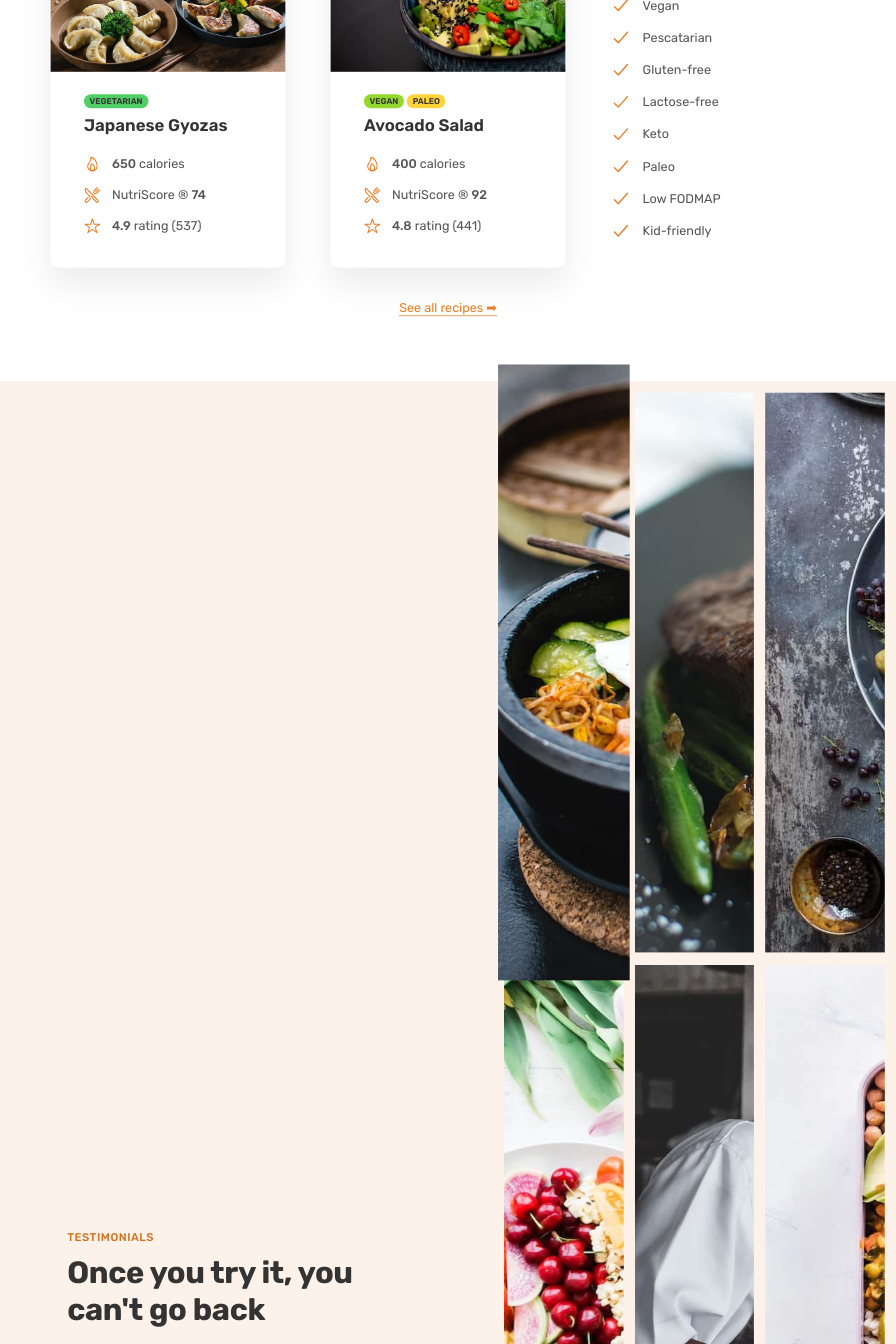
Repository: TranPhucThinh/Omnifood
Page: index.html
The author's editor kept a copy of each file at every save. The page is drawn from the files as they stood at one save, then again after the next save.
The browser window is 1280 px wide. The pictures show the part of the page from y = 3051 to 4971 px (the page is 6884 px tall), at 70% of full size.
The pointer rests on the first visible `.gallery-item`.

Above is the page before, as saved 2022-08-06 22:04:57.

### index.html
<!DOCTYPE html>
<html lang="en">

<head>
    <meta charset="UTF-8">
    <meta http-equiv="X-UA-Compatible" content="IE=edge">
    <meta name="viewport" content="width=device-width, initial-scale=1.0">

    <link rel="preconnect" href="https://fonts.googleapis.com">
    <link rel="preconnect" href="https://fonts.gstatic.com" crossorigin>
    <link href="https://fonts.googleapis.com/css2?family=Rubik:wght@300;400;500;600;700;800;900&display=swap"
        rel="stylesheet">

    <link rel="stylesheet" href="./assets/styles/general.css">
    <link rel="stylesheet" href="./assets/styles/style.css">

    <title>Omnifood</title>
</head>

<body>
    <!-- SECTION HEADER -->
    <div class="header">
        <a href="#">
            <img src="./assets/imgs/omnifood-logo.png" alt="Omnifood logo" class="header-logo">
        </a>
        <nav class="main-nav">
            <ul class="main-nav-list">
                <li>
                    <a href="#" class="main-nav-link">How it works</a>
                </li>
                <li>
                    <a href="#" class="main-nav-link">Meals</a>
                </li>
                <li>
                    <a href="#" class="main-nav-link">Testimonials</a>
                </li>
                <li>
                    <a href="#" class="main-nav-link">Pricing</a>
                </li>
                <li>
                    <a href="#" class="main-nav-link nav-btn">Try for free</a>
                </li>
            </ul>
        </nav>
    </div>
    <!-- End of SECTION HEADER -->

    <!-- SECTION HERO -->
    <section class="section-hero">
        <div class="hero">
            <div class="hero-text-box">
                <h1 class="heading-primary">A healthy meal delivered to your door, every single day</h1>
                <p class="hero-desc margin-bottom-md">The smart 365-days-per-year food subscription that will make you
                    eat healthy again.
                    Tailored to your personal tastes and nutritional needs.</p>
                <a href="#" class="btn btn--full margin-right-sm">Start eating well</a>
                <a href="#" class="btn btn--outline">Learn more ⬇</a>
                <div class="delivered-meals">
                    <div class="delivered-imgs">
                        <img src="./assets/imgs/customers/customer-1.jpg" alt="customer 1">
                        <img src="./assets/imgs/customers/customer-2.jpg" alt="customer 2">
                        <img src="./assets/imgs/customers/customer-3.jpg" alt="customer 3">
                        <img src="./assets/imgs/customers/customer-4.jpg" alt="customer 4">
                        <img src="./assets/imgs/customers/customer-5.jpg" alt="customer 5">
                        <img src="./assets/imgs/customers/customer-6.jpg" alt="customer 6">
                    </div>
                    <p class="delivered-text">
                        <span>250,000+</span> meals delivered last year!
                    </p>
                </div>
            </div>
            <div class="hero-img-box">
                <img src="./assets/imgs/hero.png"
                    alt="woman enjoy food, meals in storage container, and food bowls on a table" class="hero-img">
            </div>
        </div>
    </section>
    <!-- End of SECTION HERO -->

    <!-- SECTION FEATURED -->
    <section class="section-featured">
        <div class="container">
            <h2 class="heading-feature-in">As featured in</h2>
            <div class="logos">
                <img src="./assets/imgs/logos/techcrunch.png" alt="Techcrunch logo">
                <img src="./assets/imgs/logos/business-insider.png" alt="business insider logo">
                <img src="./assets/imgs/logos/the-new-york-times.png" alt="The new york time logo">
                <img src="./assets/imgs/logos/forbes.png" alt="Forbes logo">
                <img src="./assets/imgs/logos/usa-today.png" alt="Usa today logo">
            </div>
        </div>
    </section>
    <!-- End of SECTION FEATURED -->

    <!-- SECTION HOW IT WORKS -->
    <section class="section-how">
        <div class="container">
            <p class="subheading">HOW IT WORKS</p>
            <h2 class="heading-secondary">Your daily dose of health in 3 simple steps</h2>
        </div>
        <div class="container grid grid--2-cols grid--center-vertical">
            <!-- STEP 1 -->
            <div class="step-text-box">
                <div class="step-number">01</div>
                <h3 class="heading-tertiary">Tell us what you like (and what not)</h3>
                <p class="step-desc">Never again waste time thinking about what to eat! Omnifood AI will create a 100%
                    personalized weekly meal plan just for you. It makes sure you get all the nutrients and vitamins you
                    need, no matter what diet you follow!</p>
            </div>
            <div class="step-img-box">
                <img src="./assets/imgs/app/app-screen-1.png" alt="iPhone app preferences selection screen"
                    class="step-img">
            </div>

            <!-- STEP 2 -->
            <div class="step-img-box">
                <img src="./assets/imgs/app/app-screen-2.png" alt="iPhone app
                meal approving plan screen" class="step-img">
            </div>
            <div class="step-text-box">
                <div class="step-number">02</div>
                <h3 class="heading-tertiary">Approve your weekly meal plan</h3>
                <p class="step-desc">Once per week, approve the meal plan generated for you by Omnifood AI. You can
                    change ingredients, swap entire meals, or even add your own recipes.</p>
            </div>

            <!-- STEP 3 -->
            <div class="step-text-box">
                <div class="step-number">03</div>
                <h3 class="heading-tertiary">Receive meals at convenient time</h3>
                <p class="step-desc">Best chefs in town will cook your selected meal every day, and we will deliver it
                    to your door whenever works best for you. You can change delivery schedule and address daily!</p>
            </div>
            <div class="step-img-box">
                <img src="./assets/imgs/app/app-screen-3.png" alt="iPhone app
                delivery screen" class="step-img">
            </div>
        </div>
    </section>
    <!-- End of SECTION HOW IT WORKS -->

    <!-- SECTION MEALS -->
    <section class="section-meals">
        <div class="container center-text">
            <p class="subheading">Meals</p>
            <h2 class="heading-secondary">Omnifood AI chooses from 5,000+ recipes</h2>
        </div>
        <div class="container grid grid--3-cols margin-bottom-md">
            <div class="meal">
                <img src="./assets/imgs/meals/meal-1.jpg" alt="Japanese Gyozas" class="meal-img">
                <div class="meal-content">
                    <div class="meal-tag">
                        <p class="tag tag--vegetarian">vegetarian</p>
                    </div>
                    <p class="meal-title">Japanese Gyozas</p>
                    <ul class="meal-attributes">
                        <li class="meal-attribute">
                            <ion-icon class="meal-icon" name="flame-outline"></ion-icon>
                            <span><strong>650</strong> calories</span>
                        </li>
                        <li class="meal-attribute">
                            <ion-icon class="meal-icon" name="restaurant-outline"></ion-icon>
                            <span>NutriScore ® <strong>74</strong></span>
                        </li>
                        <li class="meal-attribute">
                            <ion-icon class="meal-icon" name="star-outline"></ion-icon>
                            <span><strong>4.9</strong> rating (537)</span>
                        </li>
                    </ul>
                </div>
            </div>
            <div class="meal">
                <img src="./assets/imgs/meals/meal-2.jpg" alt="Avocado Salad" class="meal-img">
                <div class="meal-content">
                    <div class="meal-tag">
                        <p class="tag tag--vegan">vegan</p>
                        <p class="tag tag---paleo">paleo</p>
                    </div>
                    <p class="meal-title">Avocado Salad</p>
                    <ul class="meal-attributes">
                        <li class="meal-attribute">
                            <ion-icon class="meal-icon" name="flame-outline"></ion-icon>
                            <span><strong>400</strong> calories</span>
                        </li>
                        <li class="meal-attribute">
                            <ion-icon class="meal-icon" name="restaurant-outline"></ion-icon>
                            <span>NutriScore ® <strong>92</strong></span>
                        </li>
                        <li class="meal-attribute">
                            <ion-icon class="meal-icon" name="star-outline"></ion-icon>
                            <span><strong>4.8</strong> rating (441)</span>
                        </li>
                    </ul>
                </div>
            </div>
            <div class="diet">
                <h3 class="heading-tertiary">Works with any diet:</h3>
                <ul class="list">
                    <li class="list-item">
                        <ion-icon class="list-icon" name="checkmark-outline"></ion-icon>
                        <span>Vegetarian</span>
                    </li>
                    <li class="list-item">
                        <ion-icon class="list-icon" name="checkmark-outline"></ion-icon>
                        <span>Vegan</span>
                    </li>
                    <li class="list-item">
                        <ion-icon class="list-icon" name="checkmark-outline"></ion-icon>
                        <span>Pescatarian</span>
                    </li>
                    <li class="list-item">
                        <ion-icon class="list-icon" name="checkmark-outline"></ion-icon>
                        <span>Gluten-free</span>
                    </li>
                    <li class="list-item">
                        <ion-icon class="list-icon" name="checkmark-outline"></ion-icon>
                        <span>Lactose-free</span>
                    </li>
                    <li class="list-item">
                        <ion-icon class="list-icon" name="checkmark-outline"></ion-icon>
                        <span>Keto</span>
                    </li>
                    <li class="list-item">
                        <ion-icon class="list-icon" name="checkmark-outline"></ion-icon>
                        <span>Paleo</span>
                    </li>
                    <li class="list-item">
                        <ion-icon class="list-icon" name="checkmark-outline"></ion-icon>
                        <span>Low FODMAP</span>
                    </li>
                    <li class="list-item">
                        <ion-icon class="list-icon" name="checkmark-outline"></ion-icon>
                        <span>Kid-friendly</span>
                    </li>
                </ul>
            </div>
        </div>
        <div class="container all-recipes center-text">
            <a href="#" class="link">See all recipes ➡</a>
        </div>
    </section>
    <!-- End of SECTION MEALS -->

    <!-- SECTION TESTIMONIALS -->
    <div class="section-testimonials">
        <div class="testimonials-container">
            <div class="subheading">testimonials</div>
            <div class="heading-secondary">Once you try it, you can't go back</div>
            <div class="testimonials">
                <div class="testimonial">
                    <img src="./assets/imgs/customers/dave.jpg" alt="Photo of customer Dave Bryson"
                        class="testimonial-img">
                    <blockquote class="testimonial-text">Inexpensive, healthy and great-tasting meals, without even
                        having to order manually! It feels truly magical.</blockquote>
                    <p class="testimonial-name">— Dave Bryson</p>
                </div>
                <div class="testimonial">
                    <img src="./assets/imgs/customers/ben.jpg" alt="Photo of customer Ben Hadley"
                        class="testimonial-img">
                    <blockquote class="testimonial-text">The AI algorithm is crazy good, it chooses the right meals for
                        me every time. It's amazing not to worry about food anymore!</blockquote>
                    <p class="testimonial-name">— Ben Hadley</p>
                </div>
                <div class="testimonial">
                    <img src="./assets/imgs/customers/steve.jpg" alt="Photo of customer Steve Miller"
                        class="testimonial-img">
                    <blockquote class="testimonial-text">Omnifood is a life saver! I just started a company, so there's
                        no time for cooking. I couldn't live without my daily meals now!</blockquote>
                    <p class="testimonial-name">— Steve Miller</p>
                </div>
                <div class="testimonial">
                    <img src="./assets/imgs/customers/hannah.jpg" alt="Photo of customer Hannah Smith"
                        class="testimonial-img">
                    <blockquote class="testimonial-text">I got Omnifood for the whole family, and it frees up so much
                        time! Plus, everything is organic and vegan and without plastic.</blockquote>
                    <p class="testimonial-name">— Hannah Smith</p>
                </div>
            </div>
        </div>
        <div class="gallery">
            <div class="gallery-item">
                <img src="./assets/imgs/gallery/gallery-1.jpg" alt="Photo of beautifully arranged food">
            </div>
            <div class="gallery-item">
                <img src="./assets/imgs/gallery/gallery-2.jpg" alt="Photo of beautifully arranged food">
            </div>
            <div class="gallery-item">
                <img src="./assets/imgs/gallery/gallery-3.jpg" alt="Photo of beautifully arranged food">
            </div>
            <div class="gallery-item">
                <img src="./assets/imgs/gallery/gallery-4.jpg" alt="Photo of beautifully arranged food">
            </div>
            <div class="gallery-item">
                <img src="./assets/imgs/gallery/gallery-5.jpg" alt="Photo of beautifully arranged food">
            </div>
            <div class="gallery-item">
                <img src="./assets/imgs/gallery/gallery-6.jpg" alt="Photo of beautifully arranged food">
            </div>
            <div class="gallery-item">
                <img src="./assets/imgs/gallery/gallery-7.jpg" alt="Photo of beautifully arranged food">
            </div>
            <div class="gallery-item">
                <img src="./assets/imgs/gallery/gallery-8.jpg" alt="Photo of beautifully arranged food">
            </div>
            <div class="gallery-item">
                <img src="./assets/imgs/gallery/gallery-9.jpg" alt="Photo of beautifully arranged food">
            </div>
            <div class="gallery-item">
                <img src="./assets/imgs/gallery/gallery-10.jpg" alt="Photo of beautifully arranged food">
            </div>
            <div class="gallery-item">
                <img src="./assets/imgs/gallery/gallery-11.jpg" alt="Photo of beautifully arranged food">
            </div>
            <div class="gallery-item">
                <img src="./assets/imgs/gallery/gallery-12.jpg" alt="Photo of beautifully arranged food">
            </div>
        </div>
    </div>
    <!-- End of SECTION TESTIMONIALS -->

    <script type="module" src="https://unpkg.com/ionicons@5.5.2/dist/ionicons/ionicons.esm.js"></script>
    <script nomodule src="https://unpkg.com/ionicons@5.5.2/dist/ionicons/ionicons.js"></script>
</body>

</html>

### assets/styles/general.css
* {
  margin: 0;
  padding: 0;
  box-sizing: border-box;
}

html {
  font-size: 62.5%;
}

body {
  font-family: 'Rubik', sans-serif;
  line-height: 1;
  font-weight: 400;
  color: #555;
}

/* GENERAL REUSABLE COMPONENTS */
.container {
  max-width: 120rem;
  padding: 0 3.2rem;
  margin: 0 auto;
}

.grid {
  display: grid;
  row-gap: 9.6rem;
  column-gap: 6.4rem;
}

.grid--2-cols {
  grid-template-columns: repeat(2, 1fr);
}

.grid--3-cols {
  grid-template-columns: repeat(3, 1fr);
}

.grid--4-cols {
  grid-template-columns: repeat(4, 1fr);
}

.grid--center-vertical {
  align-items: center;
}

.heading-primary,
.heading-secondary,
.heading-tertiary {
  letter-spacing: -0.5px;
  color: #333;
  font-weight: 700;
}

.heading-primary {
  line-height: 1.05;
  font-size: 5.2rem;
  margin-bottom: 3.2rem;
}

.heading-secondary {
  font-size: 4.4rem;
  line-height: 1.2;
  margin-bottom: 9.6rem;
}

.heading-tertiary {
  font-size: 3rem;
  line-height: 1.2;
  margin-bottom: 3.2rem;
}

.subheading {
  font-size: 1.6rem;
  color: #cf711f;
  margin-bottom: 1.6rem;
  font-weight: 500;
  letter-spacing: 0.75px;
  text-transform: uppercase;
}

.hero-text-box .btn:link,
.hero-text-box .btn:visited {
  text-decoration: none;
  font-size: 2rem;
  font-weight: 600;
  display: inline-block;
  border-radius: 8px;
  padding: 1.6rem 3.2rem;
  transition: all 0.3s;
}

.hero-text-box .btn--full:link,
.hero-text-box .btn--full:visited {
  color: #fff;
  background-color: #e67e22;
}

.hero-text-box .btn--full:hover,
.hero-text-box .btn--full:active {
  background-color: #cf711f;
}

.hero-text-box .btn--outline:link,
.hero-text-box .btn--outline:visited {
  color: #555;
  background-color: #fff;
  border: -4px solid #fff;
}

.hero-text-box .btn--outline:hover,
.hero-text-box .btn--outline:active {
  background-color: #fdf2e9;
}

.step-img-box::before,
.step-img-box::after {
  content: '';
  display: block;
  position: absolute;
  top: 50%;
  left: 50%;
  transform: translate(-50%, -50%);
  border-radius: 50%;
}

.center-text {
  text-align: center;
}

.margin-right-sm {
  margin-right: 1.6rem !important;
}

.margin-bottom-md {
  margin-bottom: 4.8rem !important;
}
/* END of GENERAL REUSABLE COMPONENTS */

### assets/styles/style.css
/* Section Header */
.header {
  display: flex;
  justify-content: space-between;
  height: 9.6rem;
  align-items: center;
  padding: 0 4.8rem;
  background-color: #fdf2e9;
}

.header-logo {
  height: 2.2rem;
}

.main-nav-list {
  display: flex;
  list-style-type: none;
  gap: 3.2rem;
}

.main-nav-link:link,
.main-nav-link:visited {
  text-decoration: none;
  font-size: 1.8rem;
  color: #333;
  font-weight: 500;
  transition: all 0.3s;
}

.main-nav-link:hover,
.main-nav-link:active {
  color: #cf711f;
}

.main-nav-link.nav-btn:link,
.main-nav-link.nav-btn:visited {
  padding: 1.2rem 2.4rem;
  border-radius: 9px;
  background-color: #e67e22;
  color: #fff;
}

.main-nav-link.nav-btn:hover,
.main-nav-link.nav-btn:active {
  color: #fff;
  background-color: #cf711f;
}
/* End of Section Header */

/* Section Hero */
.section-hero {
  background-color: #fdf2e9;
  padding: 4.8rem 0 9.6rem;
}

.hero {
  max-width: 130rem;
  margin: 0 auto;
  display: grid;
  grid-template-columns: 1fr 1fr;
  gap: 9.6rem;
  padding: 0 3.2rem;
  align-items: center;
}

.hero-text-box .hero-desc {
  font-size: 2rem;
  color: #555;
  line-height: 1.6;
  /* margin-bottom: 4.8rem; */
}

.hero-img-box .hero-img {
  width: 100%;
}

.delivered-meals {
  margin-top: 8rem;
  display: flex;
  align-items: center;
  gap: 1.6rem;
}

.delivered-imgs {
  display: flex;
}

.delivered-imgs img {
  width: 4.8rem;
  height: 4.8rem;
  border-radius: 50%;
  border: 3px solid #fff;
  margin-right: -1.6rem;
}

.delivered-imgs img:last-child {
  margin-right: 0;
}

.delivered-text {
  font-size: 1.8rem;
  font-weight: 600;
}

.delivered-text span {
  font-weight: 700;
  color: #cf711f;
}
/* End of Section Hero */

/* Section featured */
.section-featured {
  padding: 4.8rem 0 3.2rem;
}
.logos {
  display: flex;
  justify-content: space-around;
}

.heading-feature-in {
  font-size: 1.4rem;
  text-transform: uppercase;
  letter-spacing: 0.75px;
  font-weight: 500;
  color: #888;
  text-align: center;
  margin-bottom: 2.4rem;
}

.section-featured img {
  height: 3.2rem;
  filter: brightness(0%);
  opacity: 0.5;
}
/* End of Section featured */

/* Section how it works */
.section-how {
  padding: 9.6rem 0;
}
.step-number {
  font-size: 8.6rem;
  color: #ddd;
  font-weight: 600;
  margin-bottom: 1.2rem;
}

.step-desc {
  font-size: 1.8rem;
  color: #555;
  line-height: 1.8;
}

.step-img-box {
  text-align: center;
  position: relative;
}

.step-img-box::before {
  width: 60%;
  padding-bottom: 60%;

  background-color: #fdf2e9;
  z-index: -2;
}

.step-img-box::after {
  width: 45%;
  padding-bottom: 45%;
  background-color: #fae5d3;
  z-index: -1;
}

.step-img {
  width: 35%;
}
/* End of Section how it works */

/* Section meals */
.section-meals {
  padding: 9.6rem 0;
}
.meal {
  border-radius: 12px;
  overflow: hidden;
  box-shadow: 0 2.4rem 4.8rem rgb(0 0 0 / 8%);
  transition: all 0.4s;
}

.meal:hover {
  transform: translateY(-1.2rem);
}

.meal-img {
  width: 100%;
  display: block;
}

.meal-content {
  padding: 3.2rem 4.8rem 4.8rem;
}

.meal-tag {
  margin-bottom: 1.2rem;
}

.tag {
  display: inline-block;
  font-size: 1.2rem;
  text-transform: uppercase;
  color: #333;
  font-weight: 600;
  padding: 4px 8px;
  border-radius: 12px;
}

.tag--vegetarian {
  background-color: #51cf66;
}

.tag--vegan {
  background-color: #94d82d;
  margin-right: 2px;
}

.tag---paleo {
  background-color: #ffd43b;
}

.meal-title {
  font-size: 2.4rem;
  color: #333;
  font-weight: 600;
  margin-bottom: 3.2rem;
}

.meal-attributes {
  list-style-type: none;
  display: flex;
  flex-direction: column;
  justify-content: space-between;
  gap: 2rem;
}

.meal-attribute {
  font-size: 1.8rem;
  display: flex;
  gap: 1.6rem;
  align-items: center;
}

.meal-attribute strong {
  font-weight: 500;
}

.meal-attribute .meal-icon {
  width: 2.4rem;
  height: 2.4rem;
  color: #e67e22;
}

.list {
  list-style-type: none;
  display: flex;
  flex-direction: column;
  gap: 1.6rem;
}

.list-item {
  display: flex;
  gap: 1.6rem;
  align-items: center;
  font-size: 1.8rem;
}

.list-icon {
  width: 3rem;
  height: 3rem;
  color: #e67e22;
}

.link:link,
.link:visited {
  font-size: 1.8rem;
  border-bottom: 1px solid #e67e22;
  color: #e67e22;
  text-decoration: none;
  transition: all 0.3s;
}

.link:hover,
.link:active {
  color: #cf711f;
  border-bottom: 1px solid transparent;
}
/* End of Section meals */

/* Section Testimonials */
.section-testimonials {
  display: grid;
  grid-template-columns: 55fr 45fr;
  background-color: #fdf2e9;
  align-items: center;
}

.testimonials-container {
  padding: 9.6rem;
}

.testimonials {
  display: grid;
  grid-template-columns: repeat(2, 1fr);
  row-gap: 4.8rem;
  column-gap: 8rem;
}

.testimonial-img {
  width: 6.4rem;
  height: 6.4rem;
  border-radius: 50%;
  margin-bottom: 1.2rem;
}

.testimonial-text {
  font-size: 1.8rem;
  line-height: 1.8;
  margin-bottom: 1.6rem;
}

.testimonial-name {
  font-size: 1.6rem;
}

.gallery {
  display: grid;
  grid-template-columns: repeat(3, 1fr);
  gap: 1.6rem;
  padding: 1.6rem;
}

.gallery-item {
  width: 100%;
  transition: all 0.4s;
  overflow: hidden;
}

.gallery-item:hover {
  transform: scale(1.1);
}
/* End of Section Testimonials */

After the next save:
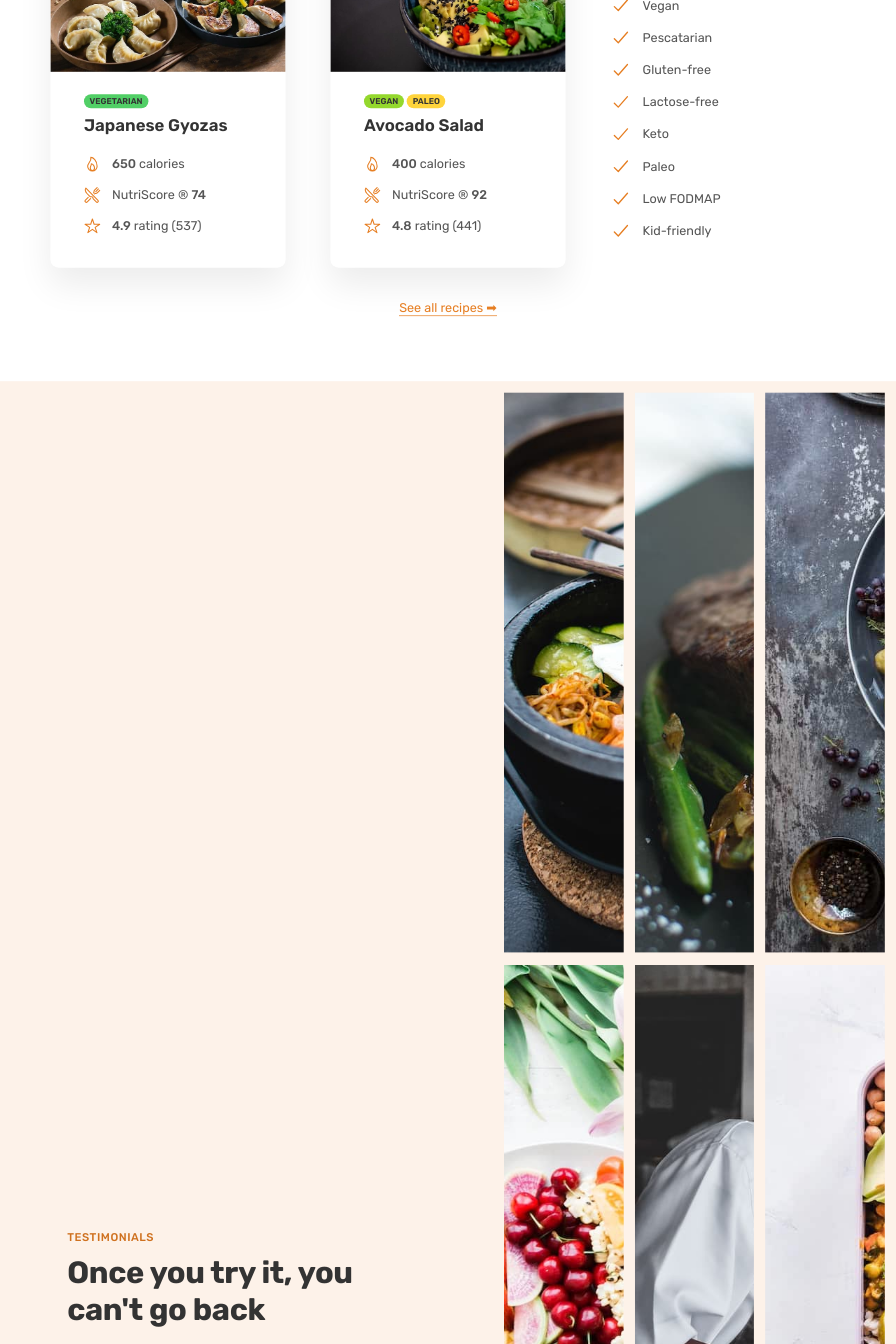
Saved 12 s later.
--- a/assets/styles/style.css
+++ b/assets/styles/style.css
@@ -344,7 +344,7 @@
   overflow: hidden;
 }
 
-.gallery-item:hover {
+.gallery-item img:hover {
   transform: scale(1.1);
 }
 /* End of Section Testimonials */
